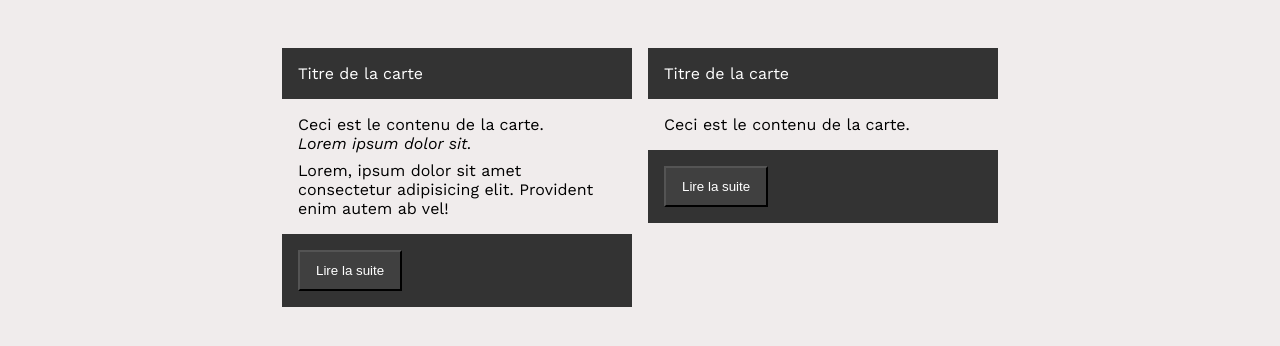
Repository: b3no1t/SASS--the-beginning
Page: exercices/cards/index.html
These files come from the project's save history. The page is drawn as it stood at one moment and after the next save; the edit follows.
The browser window is 1280 px wide. The pictures show the whole page.

Above is the page before, as saved 2025-02-02 01:29:51.

### exercices/cards/index.html
<!DOCTYPE html>
<html lang="fr">
  <head>
    <meta charset="UTF-8" />
    <meta name="viewport" content="width=device-width, initial-scale=1.0" />
    <meta name="author" content="Benoit Lepage" />
    <link rel="stylesheet" href="./assets/styles/main-prod.css">
    <title>Cards, a combination of BEM and SASS</title>
  </head>
  <body>
<div class="cards">

    <div class="card">
      <div class="card__header">
        Titre de la carte
      </div>
      <div class="card__body">
       <p> Ceci est le contenu de la carte.</p>

        <cite>Lorem ipsum dolor sit.</cite>
        <p>Lorem, ipsum dolor sit amet consectetur adipisicing elit. Provident enim autem ab vel!</p>
      </div>

      <div class="card__footer">
        <button class="card__button">
          Lire la suite
        </button>
      </div>
    </div>

    <div class="card">
      <div class="card__header">
        Titre de la carte
      </div>
      <div class="card__body">
        Ceci est le contenu de la carte.
      </div>
      <div class="card__footer">
        <button class="card__button">
          Lire la suite
        </button>
      </div>
    </div>

  </div>
  </body>
</html>

### exercices/cards/assets/styles/main-prod.css
@import url("https://fonts.googleapis.com/css2?family=Work+Sans:ital,wght@0,100..900;1,100..900&display=swap");
.card {
  width: 350px; /* pour la demo */
}
.card__header {
  background-color: #333;
  color: #fff;
  padding: 1rem;
}
.card__body {
  padding: 1em;
}
.card__body > * + * {
  margin-top: 0.5em;
}
.card__footer {
  background-color: #333;
  color: #fff;
  padding: 1rem;
}

.card__button {
  text-decoration: none;
  display: inline-block;
  color: #fff;
  padding: 0.7rem 1rem;
  background-color: hsl(0, 0%, 25%);
  transition: background-color 250ms ease-in-out;
}
.card__button:hover {
  background-color: hsl(0, 0%, 65%);
}

*, *::before, *::after {
  box-sizing: border-box;
  margin: 0;
  padding: 0;
}

body {
  font-family: "Work Sans", sans-serif;
  background-color: #f0ecec;
}

.cards {
  margin-top: 3em;
  display: flex;
  flex-wrap: wrap;
  gap: 1em;
  justify-content: center;
}

/*# sourceMappingURL=main-prod.css.map */

After the next save:
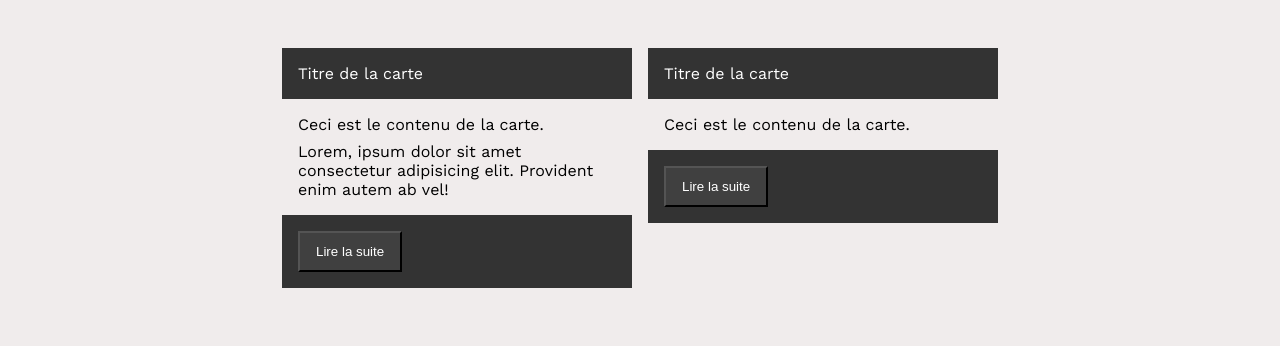
Saved 33 h 15 min later.
--- a/exercices/cards/index.html
+++ b/exercices/cards/index.html
@@ -17,7 +17,6 @@
       <div class="card__body">
        <p> Ceci est le contenu de la carte.</p>
 
-        <cite>Lorem ipsum dolor sit.</cite>
         <p>Lorem, ipsum dolor sit amet consectetur adipisicing elit. Provident enim autem ab vel!</p>
       </div>
 
